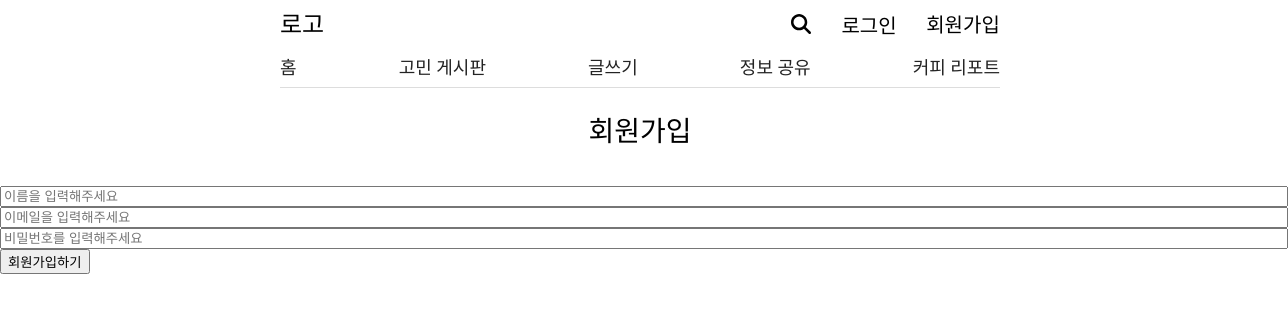
Repository: zlazlazla35/coffee
Page: /join
These files come from the project's save history. The page is drawn as it stood at one moment and after the next save; the edit follows.
The browser window is 1280 px wide. The page is 1288 px wide, then 1280 px, so the pictures cover 1288 px, including what lies to the right of the window. The pictures show the whole page.
The page's requests for data from a server got no answer. Some web fonts or font styles are not loaded; a fallback is used. The project was rebuilt for these pictures with package versions that can differ from the ones it lists, and the page was loaded fresh each time. The framework's server and built-in components were replaced by stand-ins that run in the browser. No one was signed in, and anything a server would have sent is missing. Also part of the build but not shown: next.config.mjs, src/app/LogOutButton.js.

Above is the page before, as saved 2025-01-20 17:05:53.

After the next save:
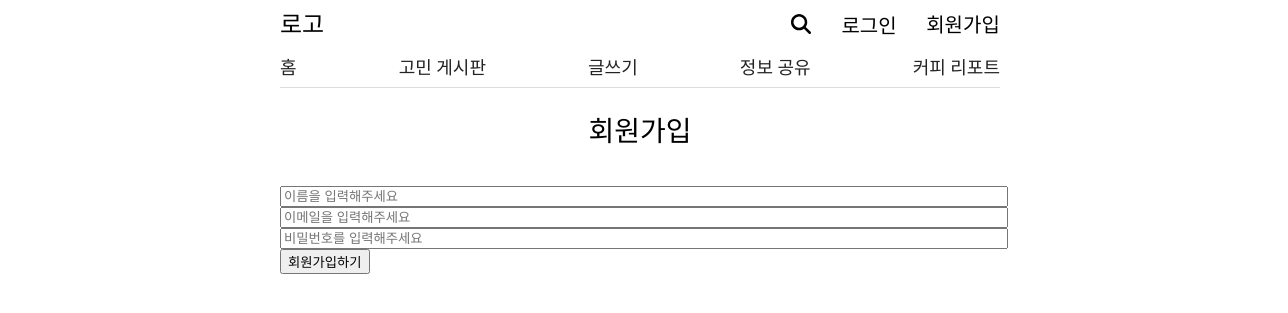
Saved 8 s later.
--- a/src/app/globals.css
+++ b/src/app/globals.css
@@ -172,7 +172,7 @@ select {font-family: 'NanumSquare', sans-serif !important; outline: none !import
 .detail .detail_inner .contents .btn_box a { background: none; border: none; font-size: 14px; color: #a2a2a2; font-weight: 800;}
 
 
-.join {width: 100%;}
+.join {width: 100%; max-width: 720px; margin: 0 auto;}
 .join .title {font-size: 28px; width: 100%; text-align: center; margin: 30px 0 40px;}
 .join input {width: 100%;}
 
